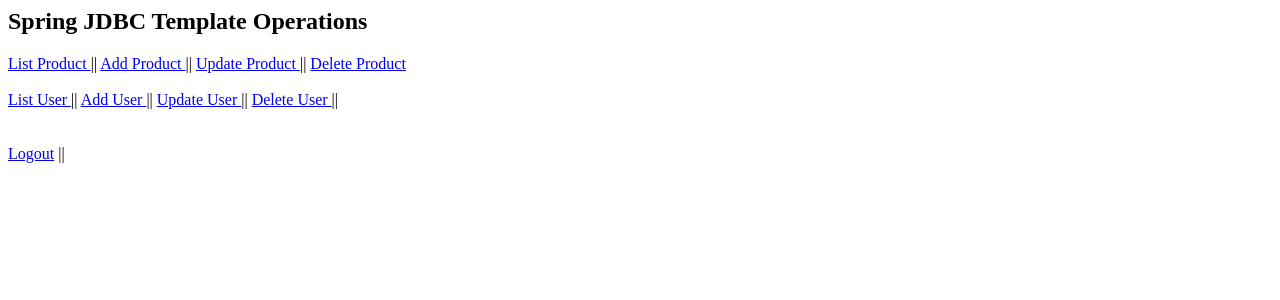
Repository: AnushkaSharma9/Make-an-E-commerce-Website-For-SportyShoes-sportyshoes
Page: http://localhost/phase3-Project-SportyShoes-Webappplication/home.jsp
The author's editor kept a copy of each file at every save. The page is drawn from the files as they stood at one save, then again after the next save.
The browser window is 1280 px wide. The pictures show the whole page.
The page is served by Tomcat 9. Nobody is signed in. The application's start-up code is not run. Other server files are loaded and not shown.

Above is the page before, as saved 2021-10-25 19:11:09.

### phase3-Project-SportyShoes-Webappplication/src/main/webapp/home.jsp
<html>
<body>

	<h2>Spring JDBC Template Operations</h2>
	<a href="list-products"> List Product </a> ||
	<a href="add-product"> Add Product </a>  ||
	<a href="update-product"> Update Product </a>||
   	<a href="delete-product"> Delete Product </a>

   	<br><br>
   	<a href="list-users"> List User </a> ||
	<a href="add-user"> Add User </a>  ||
	<a href="update-user"> Update User </a>||
   	<a href="delete-user"> Delete User </a>||
<br>
<br>
<br>
	 <a href="logout">Logout</a>  ||
	<br><br><br>
</body>
</html>

After the next save:
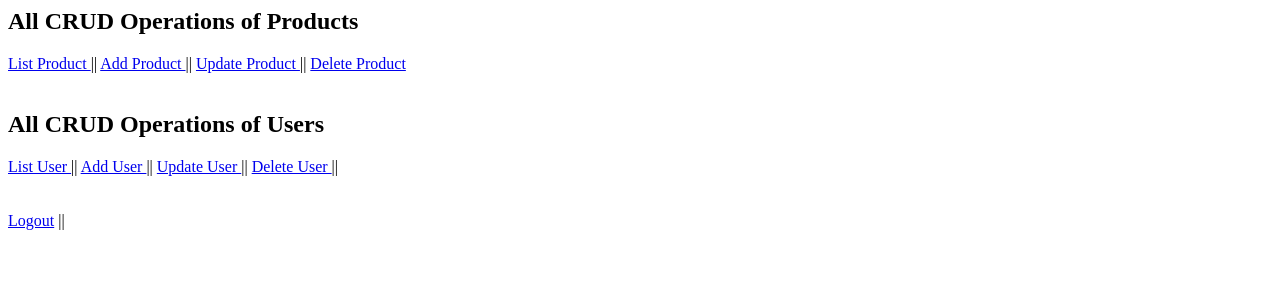
Saved 62 s later.
--- a/phase3-Project-SportyShoes-Webappplication/src/main/webapp/home.jsp
+++ b/phase3-Project-SportyShoes-Webappplication/src/main/webapp/home.jsp
@@ -1,13 +1,14 @@
 <html>
 <body>
 
-	<h2>Spring JDBC Template Operations</h2>
+	<h2>All  CRUD Operations of Products </h2>
 	<a href="list-products"> List Product </a> ||
 	<a href="add-product"> Add Product </a>  ||
 	<a href="update-product"> Update Product </a>||
    	<a href="delete-product"> Delete Product </a>
 
    	<br><br>
+    <h2>All  CRUD Operations of Users </h2>
    	<a href="list-users"> List User </a> ||
 	<a href="add-user"> Add User </a>  ||
 	<a href="update-user"> Update User </a>||
